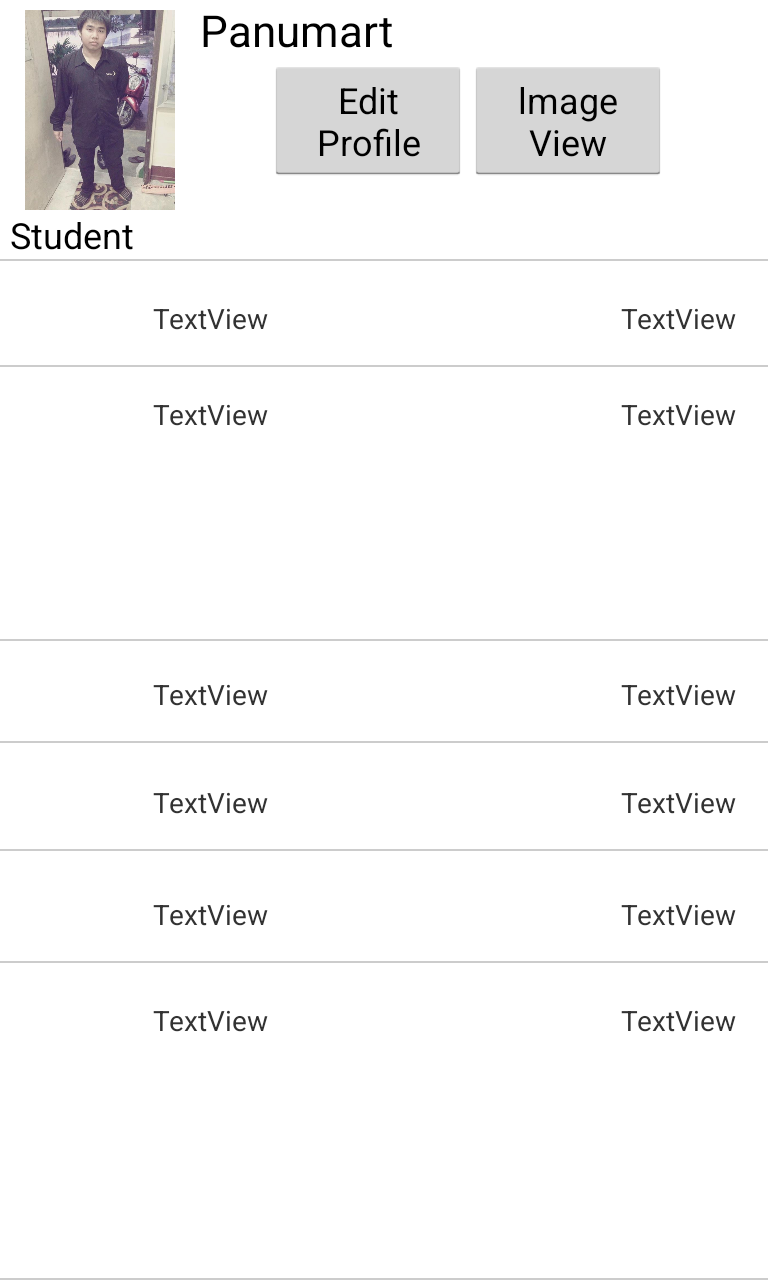
Repository: PanumartThamkawin/Resuma_55410657
Layout: Panu657/res/layout/activity_main.xml
The author's editor kept a copy of each file at every save. The layout is drawn from the files as they stood at one save, then again after the next save.
It is drawn on a 768 x 1280 px phone screen (xhdpi) without system bars, with theme AppTheme; the app's code is not run.

Above is the layout before, as saved 2014-09-01 06:45:14.

After the next save:
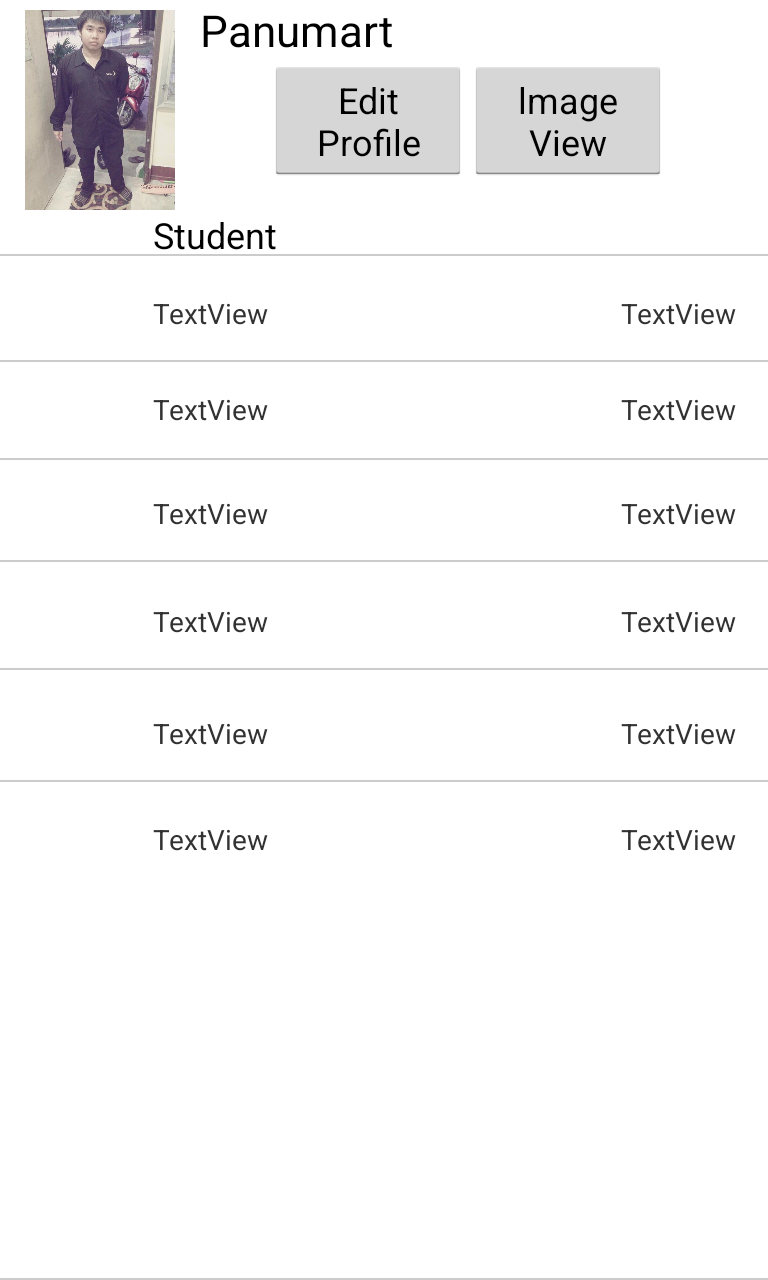
Saved 3 min 4 s later.
--- a/Panu657/res/layout/activity_main.xml
+++ b/Panu657/res/layout/activity_main.xml
@@ -54,13 +54,6 @@
         android:layout_height="wrap_content"
         android:layout_below="@id/linearLayout1" >
 
-        <TextView
-            android:id="@+id/textView2"
-            android:layout_width="wrap_content"
-            android:layout_height="wrap_content"
-            android:layout_marginLeft="5dp"
-            android:text="Student "
-            android:textAppearance="?android:attr/textAppearanceMedium" />
     </LinearLayout>
 
     <TextView
@@ -92,14 +85,6 @@
         android:text="TextView" />
 
     <View
-        android:id="@+id/view1"
-        android:layout_width="wrap_content"
-        android:layout_height="1dp"
-        android:layout_alignParentLeft="true"
-        android:layout_below="@+id/linearLayout2"
-        android:background="#cccccc" />
-
-    <View
         android:id="@+id/view2"
         android:layout_width="wrap_content"
         android:layout_height="1dp"
@@ -180,15 +165,6 @@
         android:text="TextView" />
 
     <View
-        android:id="@+id/View02"
-        android:layout_width="wrap_content"
-        android:layout_height="1dp"
-        android:layout_alignParentLeft="true"
-        android:layout_below="@+id/textView7"
-        android:layout_marginTop="14dp"
-        android:background="#cccccc" />
-
-    <View
         android:id="@+id/View03"
         android:layout_width="wrap_content"
         android:layout_height="1dp"
@@ -225,11 +201,39 @@
         android:text="TextView" />
 
     <View
+        android:id="@+id/view1"
+        android:layout_width="wrap_content"
+        android:layout_height="1dp"
+        android:layout_alignParentLeft="true"
+        android:layout_below="@+id/linearLayout2"
+        android:layout_marginTop="22dp"
+        android:background="#cccccc" />
+
+    <View
+        android:id="@+id/View02"
+        android:layout_width="wrap_content"
+        android:layout_height="1dp"
+        android:layout_alignParentLeft="true"
+        android:layout_below="@+id/textView7"
+        android:layout_marginTop="14dp"
+        android:background="#cccccc" />
+
+    <View
         android:id="@+id/View01"
         android:layout_width="wrap_content"
         android:layout_height="1dp"
         android:layout_alignParentLeft="true"
-        android:layout_centerVertical="true"
-        android:background="#cccccc" />
+        android:layout_below="@+id/textView5"
+        android:layout_marginTop="15dp"
+        android:background="#cccccc" />
+
+    <TextView
+        android:id="@+id/textView2"
+        android:layout_width="wrap_content"
+        android:layout_height="wrap_content"
+        android:layout_alignLeft="@+id/textView3"
+        android:layout_below="@+id/linearLayout2"
+        android:text="Student "
+        android:textAppearance="?android:attr/textAppearanceMedium" />
 
 </RelativeLayout>

After the save that followed:
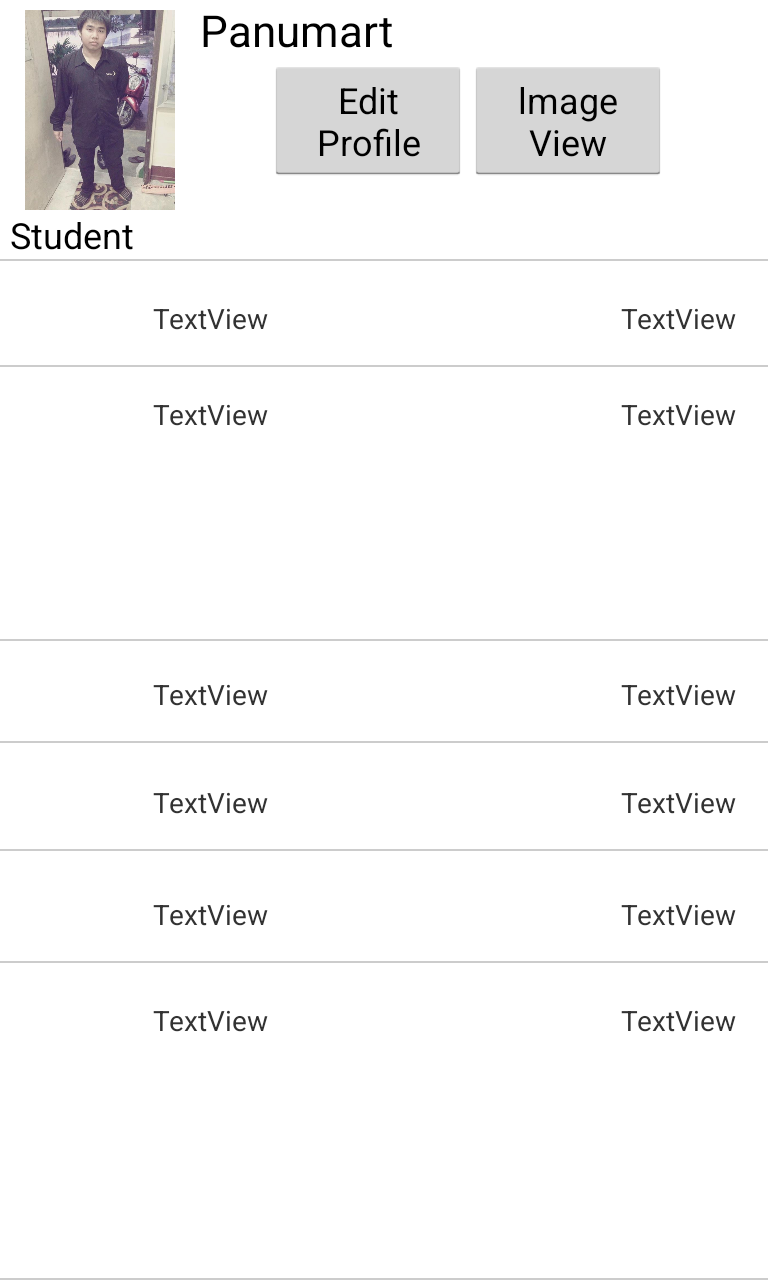
Saved 20 s later.
--- a/Panu657/res/layout/activity_main.xml
+++ b/Panu657/res/layout/activity_main.xml
@@ -54,6 +54,13 @@
         android:layout_height="wrap_content"
         android:layout_below="@id/linearLayout1" >
 
+        <TextView
+            android:id="@+id/textView2"
+            android:layout_width="wrap_content"
+            android:layout_height="wrap_content"
+            android:layout_marginLeft="5dp"
+            android:text="Student "
+            android:textAppearance="?android:attr/textAppearanceMedium" />
     </LinearLayout>
 
     <TextView
@@ -85,6 +92,14 @@
         android:text="TextView" />
 
     <View
+        android:id="@+id/view1"
+        android:layout_width="wrap_content"
+        android:layout_height="1dp"
+        android:layout_alignParentLeft="true"
+        android:layout_below="@+id/linearLayout2"
+        android:background="#cccccc" />
+
+    <View
         android:id="@+id/view2"
         android:layout_width="wrap_content"
         android:layout_height="1dp"
@@ -165,6 +180,23 @@
         android:text="TextView" />
 
     <View
+        android:id="@+id/View01"
+        android:layout_width="wrap_content"
+        android:layout_height="1dp"
+        android:layout_alignParentLeft="true"
+        android:layout_centerVertical="true"
+        android:background="#cccccc" />
+
+    <View
+        android:id="@+id/View02"
+        android:layout_width="wrap_content"
+        android:layout_height="1dp"
+        android:layout_alignParentLeft="true"
+        android:layout_below="@+id/textView7"
+        android:layout_marginTop="14dp"
+        android:background="#cccccc" />
+
+    <View
         android:id="@+id/View03"
         android:layout_width="wrap_content"
         android:layout_height="1dp"
@@ -200,40 +232,4 @@
         android:layout_alignLeft="@+id/textView12"
         android:text="TextView" />
 
-    <View
-        android:id="@+id/view1"
-        android:layout_width="wrap_content"
-        android:layout_height="1dp"
-        android:layout_alignParentLeft="true"
-        android:layout_below="@+id/linearLayout2"
-        android:layout_marginTop="22dp"
-        android:background="#cccccc" />
-
-    <View
-        android:id="@+id/View02"
-        android:layout_width="wrap_content"
-        android:layout_height="1dp"
-        android:layout_alignParentLeft="true"
-        android:layout_below="@+id/textView7"
-        android:layout_marginTop="14dp"
-        android:background="#cccccc" />
-
-    <View
-        android:id="@+id/View01"
-        android:layout_width="wrap_content"
-        android:layout_height="1dp"
-        android:layout_alignParentLeft="true"
-        android:layout_below="@+id/textView5"
-        android:layout_marginTop="15dp"
-        android:background="#cccccc" />
-
-    <TextView
-        android:id="@+id/textView2"
-        android:layout_width="wrap_content"
-        android:layout_height="wrap_content"
-        android:layout_alignLeft="@+id/textView3"
-        android:layout_below="@+id/linearLayout2"
-        android:text="Student "
-        android:textAppearance="?android:attr/textAppearanceMedium" />
-
 </RelativeLayout>
